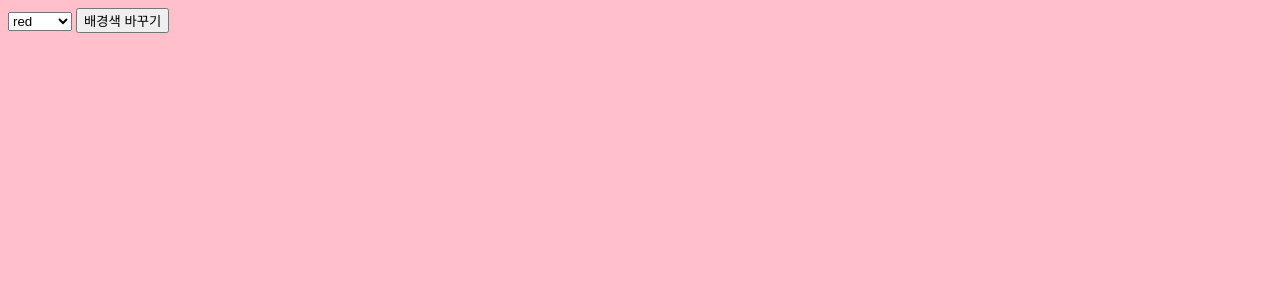
Repository: rekindle402/inc_study
Page: http://localhost/BoardApp/color/main.jsp
The author's editor kept a copy of each file at every save. The page is drawn from the files as they stood at one save, then again after the next save.
The browser window is 1280 px wide. The pictures show the whole page.
The page is served by Tomcat 9.

Above is the page before, as saved 2025-07-02 06:33:30.

After the next save:
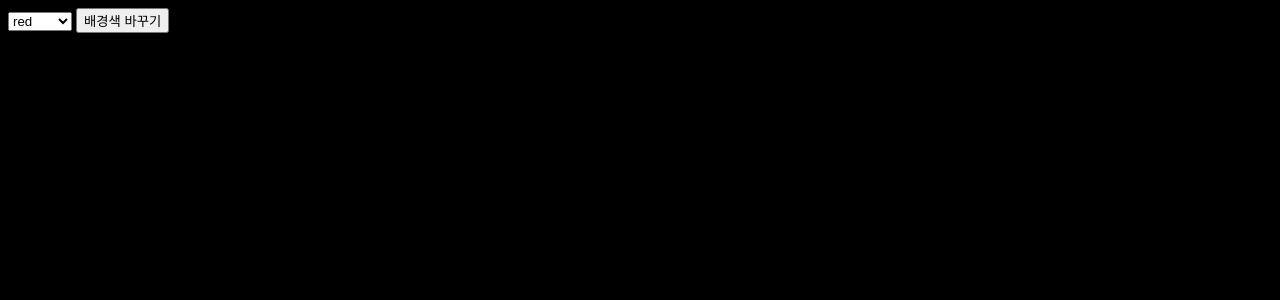
Saved 71 s later.
--- a/BoardApp/src/main/webapp/color/main.jsp
+++ b/BoardApp/src/main/webapp/color/main.jsp
@@ -19,7 +19,7 @@
 	});
 </script>
 </head>
-<body bgcolor = "pink">
+<body bgcolor = "<%=bg%>">
 
 	<select>
 		<option value ='red'>red</option>
